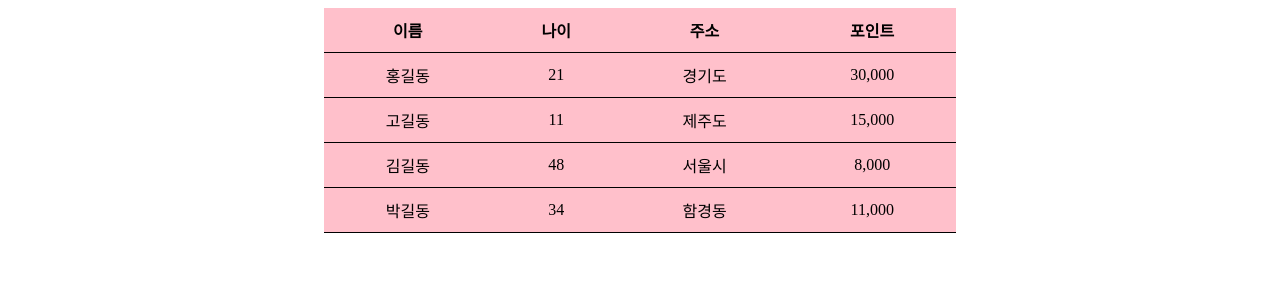
Repository: claddds/2023_webstudy
Page: 01_html/src/main/webapp/day03/ex06_tableStyling.html
The author's editor kept a copy of each file at every save. The page is drawn from the files as they stood at one save, then again after the next save.
The browser window is 1280 px wide. The pictures show the whole page.

Above is the page before, as saved 2023-06-21 02:17:04.

After the next save:
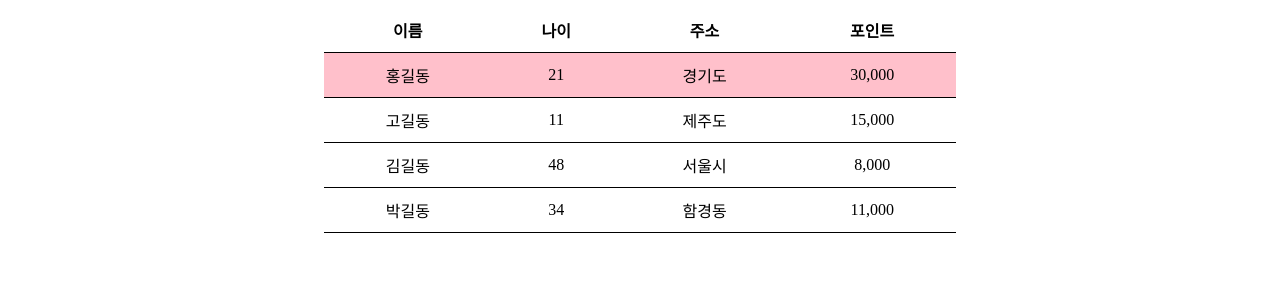
Saved 110 s later.
--- a/01_html/src/main/webapp/day03/ex06_tableStyling.html
+++ b/01_html/src/main/webapp/day03/ex06_tableStyling.html
@@ -17,7 +17,7 @@
 	}
 
 	/*행*/
-	tr{
+	tbody tr:nth-child(1){
 		background-color: pink;
 	}
 </style>
